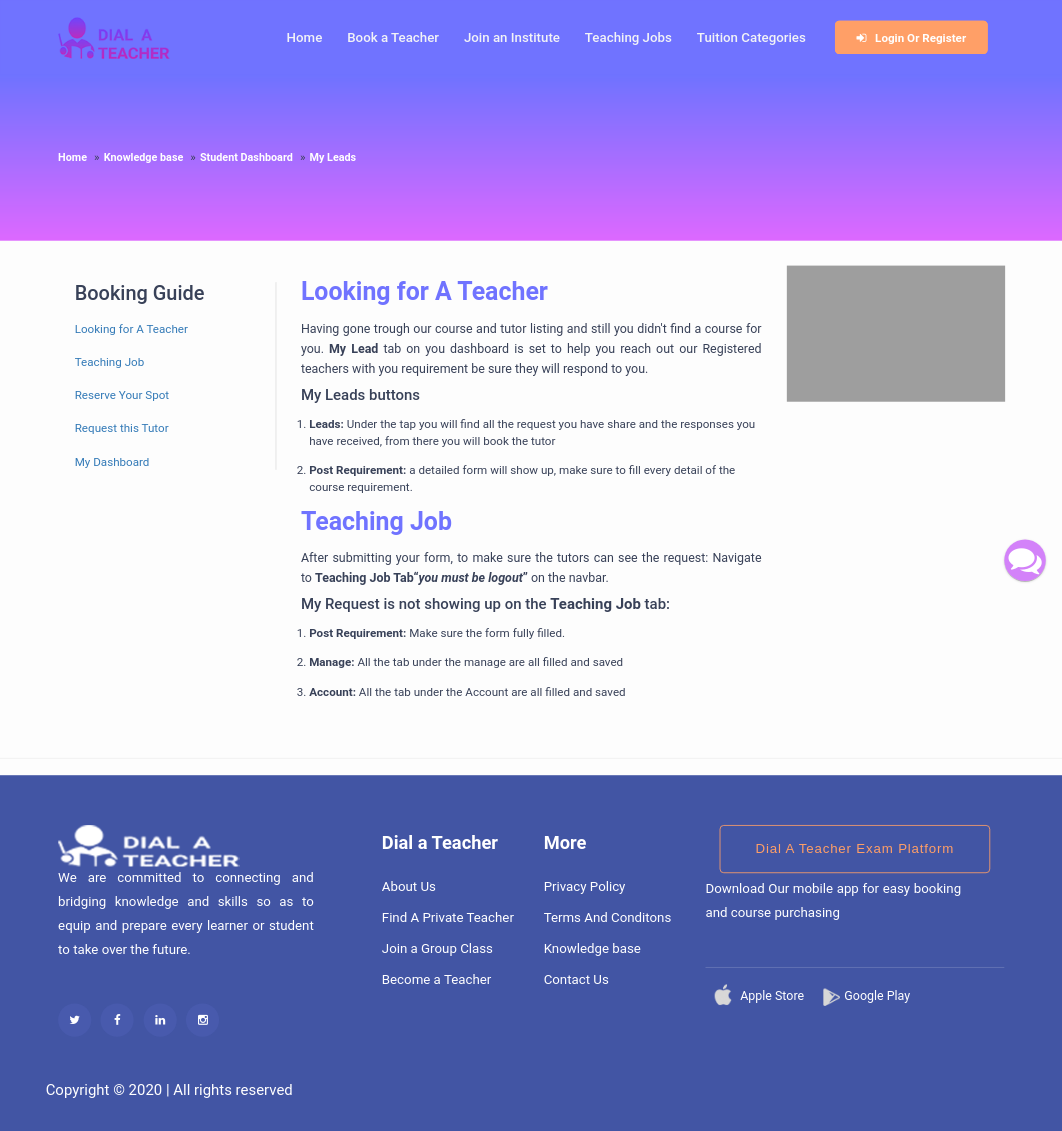
Repository: Samkiroko/DAT_knowledge
Page: knowledge_base/my_leads.html
An editor plug-in stored every save of this project. The page is shown before and after the next save, followed by the edit.
The browser window is 1280 px wide. The pictures show the whole page, at 83% of full size.
Pictures or frames that could not be fetched are drawn as grey boxes.

Above is the page before, as saved 2020-12-16 15:08:21.
Console error: TypeError: e.indexOf is not a function

After the next save:
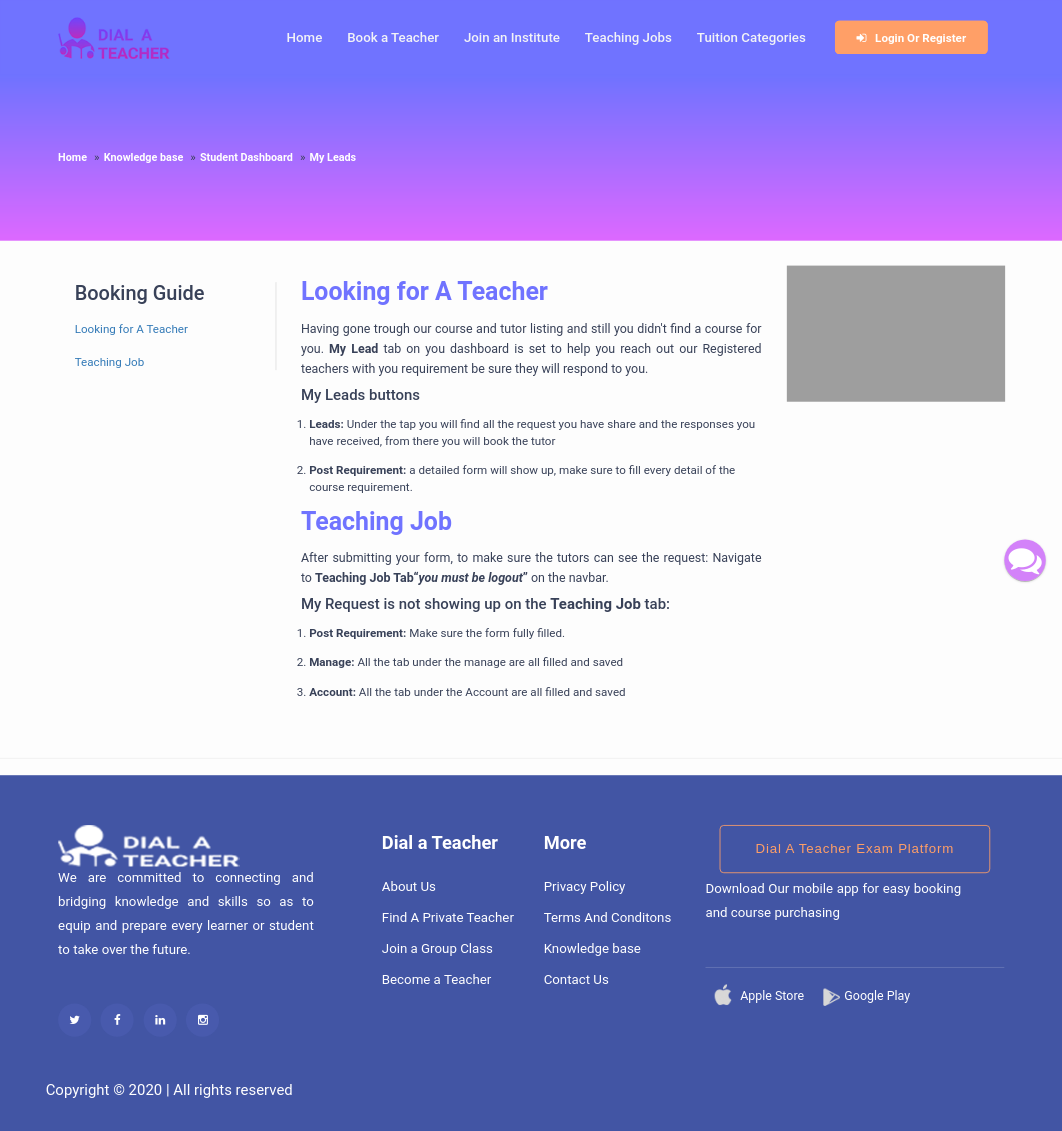
Saved 9 s later.
--- a/knowledge_base/my_leads.html
+++ b/knowledge_base/my_leads.html
@@ -140,15 +140,6 @@
                   <li class="mwb-admin-wrap__items">
                     <a href="#sec2">Teaching Job</a>
                   </li>
-                  <li class="mwb-admin-wrap__items">
-                    <a href="#sec3">Reserve Your Spot</a>
-                  </li>
-                  <li class="mwb-admin-wrap__items">
-                    <a href="#sec4">Request this Tutor</a>
-                  </li>
-                  <li class="mwb-admin-wrap__items">
-                    <a href="#sec5">My Dashboard</a>
-                  </li>
                 </ul>
               </div>
             </div>
